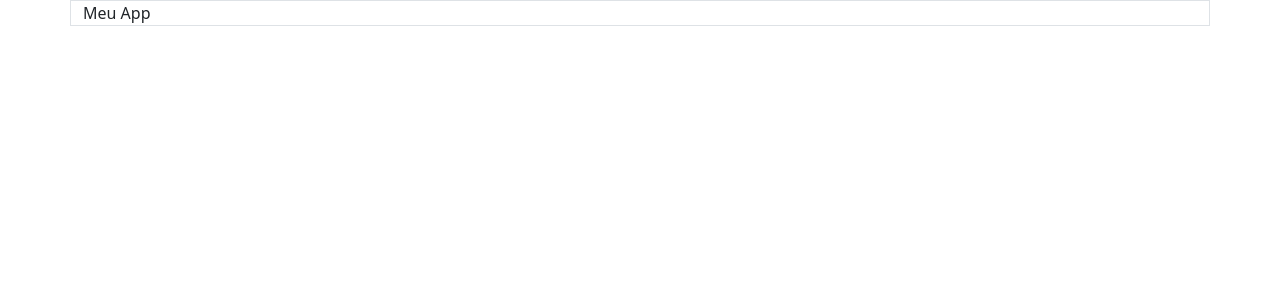
Repository: LASCLUu/Desenvolvimento-Web-Mobile-e-Jogos
Page: / (app in react-componentes-props/)
The author's editor kept a copy of each file at every save. The page is drawn from the files as they stood at one save, then again after the next save.
The browser window is 1280 px wide. The pictures show the whole page.
The project was rebuilt for these pictures with package versions that can differ from the ones it lists, and the page was loaded fresh each time.

Above is the page before, as saved 2024-09-23 21:29:57.

After the next save:
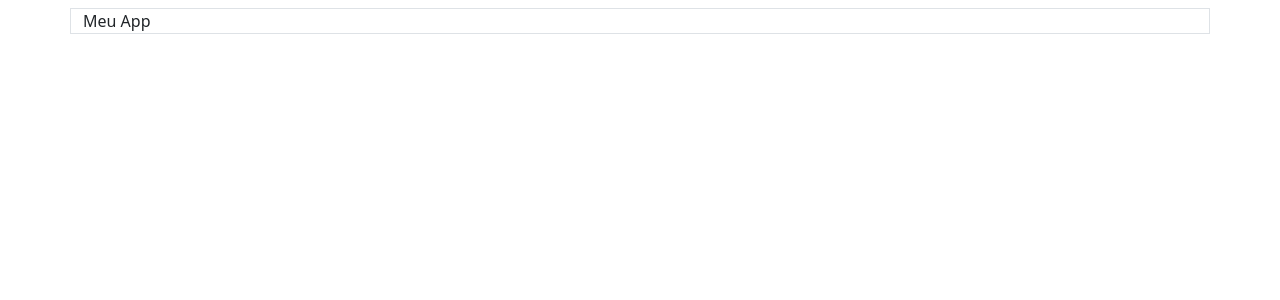
Saved 4 s later.
--- a/react-componentes-props/src/index.js
+++ b/react-componentes-props/src/index.js
@@ -5,7 +5,7 @@ import 'bootstrap/dist/css/bootstrap.min.css';
 
 const App = () => {
     return (
-        <div className='container border '>
+        <div className='container border mt-2'>
             Meu App
         </div>
     )
